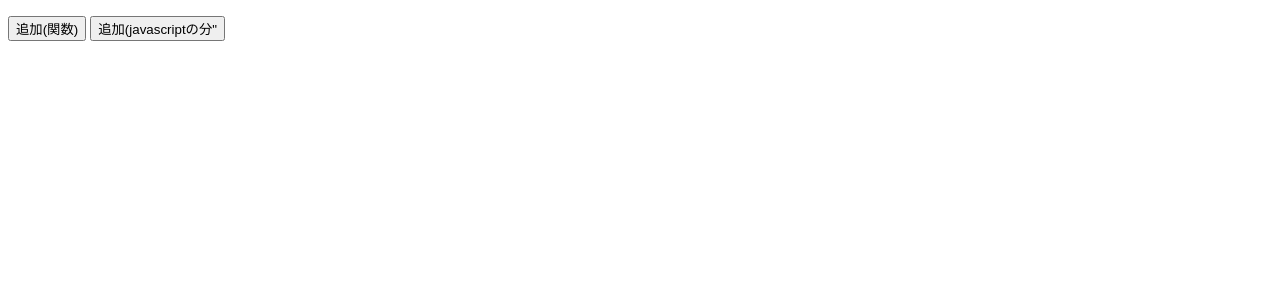
Repository: hubiot/todo01
Page: index.html
An editor plug-in stored every save of this project. The page is shown before and after the next save, followed by the edit.
The browser window is 1280 px wide. The pictures show the whole page.

Above is the page before, as saved 2020-04-28 11:52:32.

After the next save:
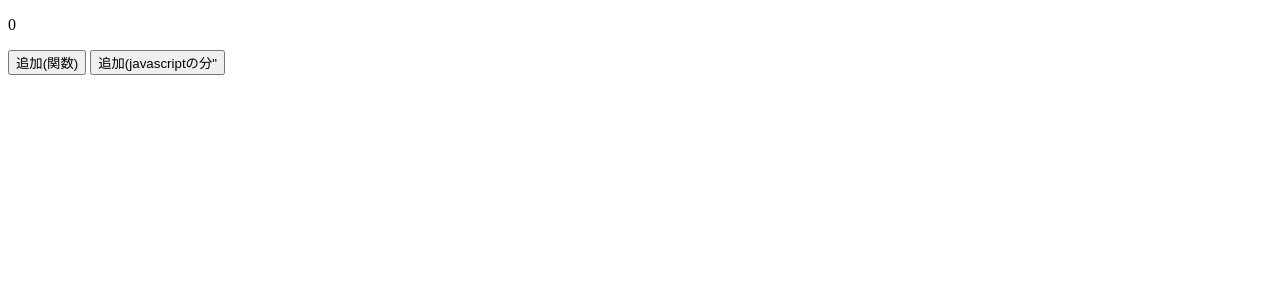
Saved 98 s later.
--- a/app1.js
+++ b/app1.js
@@ -1,10 +1,11 @@
 const vm = new Vue({
   el: '#app',
   data: {
-    items:[
-      {title:'項目1',id:1,i:0},
-      {title:'項目2',id:2,i:1},
-      {title:'項目3',id:3,i:2},
-    ]
+    counter:0
+  },
+  methods:{
+    add:function(){
+      this.counter++
+    }
   }
   })
